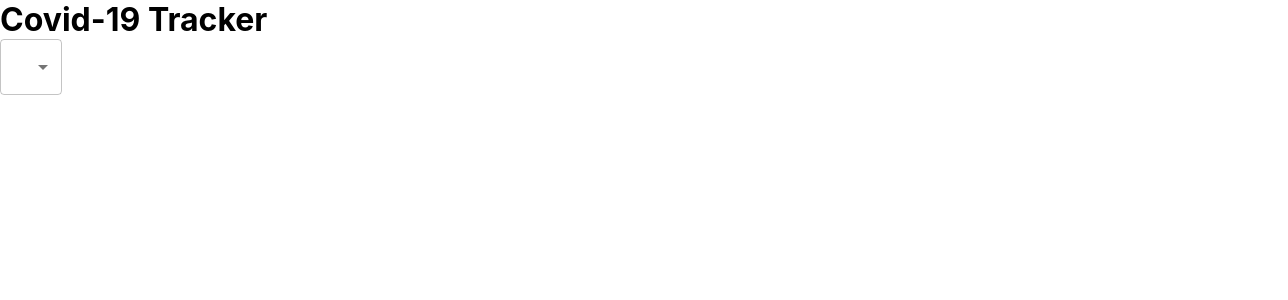
Repository: aashajo/covid-tracker-app-react
Page: /
These files come from the project's save history. The page is drawn as it stood at one moment and after the next save; the edit follows.
The browser window is 1280 px wide. The page is 1280 px wide, then 1288 px, so the pictures cover 1288 px, including what lies to the right of the window. The pictures show the whole page.
The project was rebuilt for these pictures with package versions that can differ from the ones it lists, and the page was loaded fresh each time.

Above is the page before, as saved 2020-08-25 17:02:56.

### src/App.js
import React from 'react';
import {MenuItem, FormControl, Select, Card, CardContent} from "@material-ui/core";
import './App.css';

function App() {
  return (
    <div className="app">
      <h1> Covid-19 Tracker </h1>
      <div className="app_header">
      <FormControl className="app_dropdown">
        <Select variant="outlined" value="abc">
        <MenuItem value="worldwide">Worldwide</MenuItem>
        <MenuItem value="worldwide">Option 2</MenuItem>
        <MenuItem value="worldwide">Option 3</MenuItem>
        <MenuItem value="worldwide">Option 4</MenuItem>
        </Select>
      </FormControl>
      </div>

      {/* Header - Title and Input */}

      {/* Info Box */}

      {/* Table */}

      {/* Graph */}

      {/* Map */}
    </div>
  );
}

export default App;

### src/App.css
* {
  margin: 0;
}

.app_header {
  display: flex;
  align-items: center;
  margin-bottom: 20px;
  justify-content: space-between;
}

Loaded but not shown: public/index.html (common file); src/index.js (common file); src/index.css (common file); src/serviceWorker.js (common file)

After the next save:
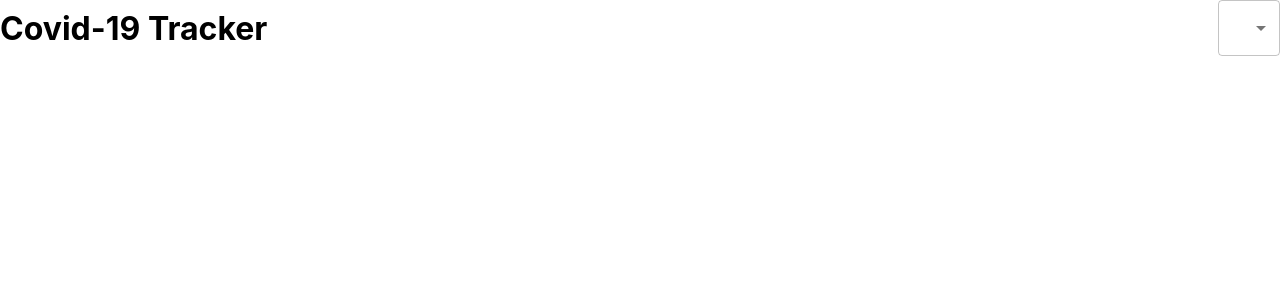
Saved 15 s later.
--- a/src/App.js
+++ b/src/App.js
@@ -5,8 +5,9 @@ import './App.css';
 function App() {
   return (
     <div className="app">
+      <div className="app_header">
       <h1> Covid-19 Tracker </h1>
-      <div className="app_header">
+
       <FormControl className="app_dropdown">
         <Select variant="outlined" value="abc">
         <MenuItem value="worldwide">Worldwide</MenuItem>
